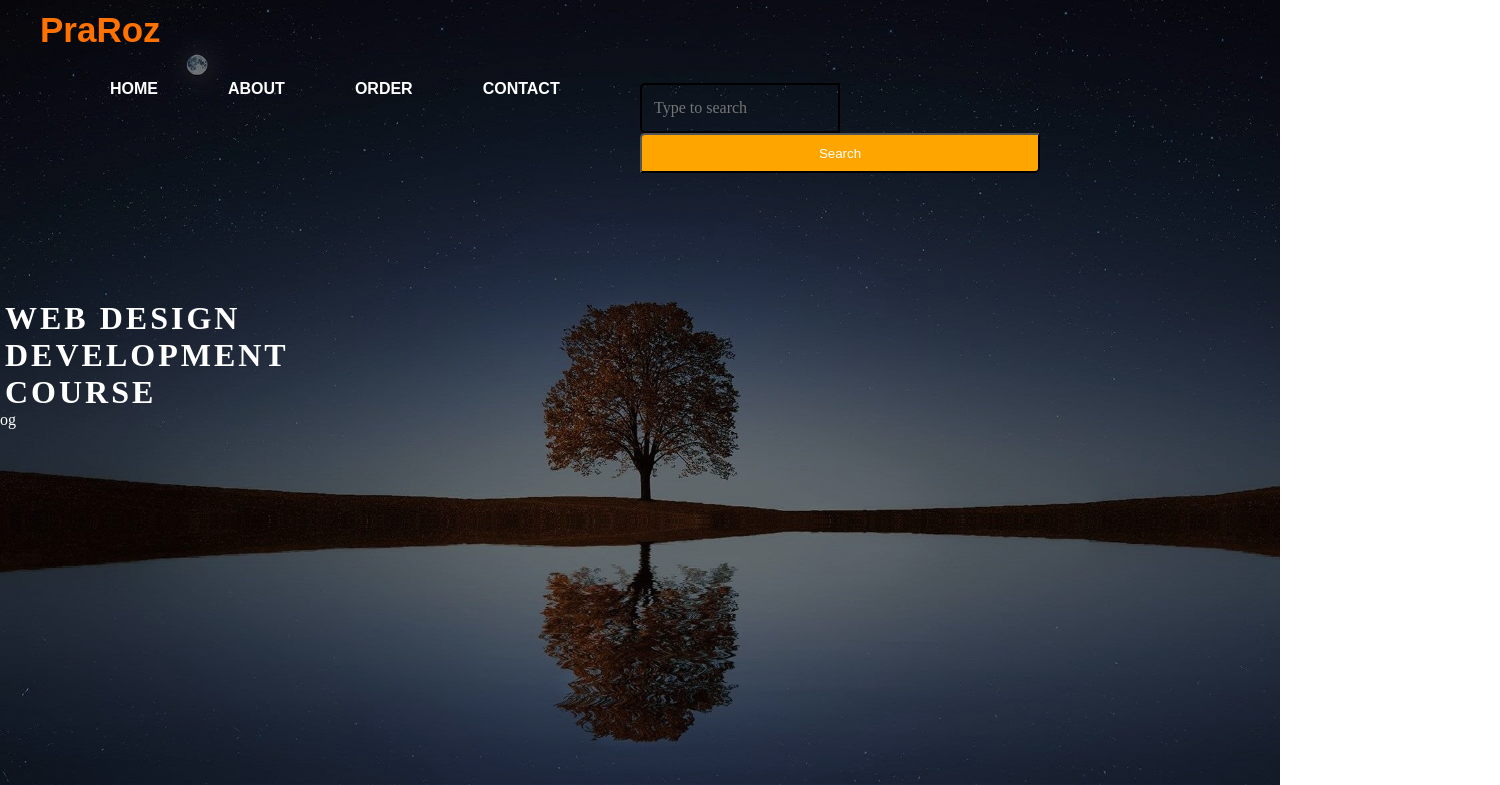
Repository: Cedrqmwesigwa/web-design-course
Page: index.html
The author's editor kept a copy of each file at every save. The page is drawn from the files as they stood at one save, then again after the next save.
The browser window is 1280 px wide. The page is 1500 px wide, so the pictures cover 1500 px, including what lies to the right of the window. The pictures show the whole page.

Above is the page before, as saved 2024-04-03 20:48:03.

### index.html
<!DOCTYPE html>
<html lang="en">
<head>
    <title>Web development html</title>
    <link rel="stylesheet" href="style.css"/>
</head>
<body>
    <div class="main">
        <div class="navbar">

            <div class="icon">
                <h2 class="logo">PraRoz</h2>
            </div>

            <div class="menu">
                <ul>
                    <li><a href="#">HOME</a></li>
                    <li><a href="#">ABOUT</a></li>
                    <li><a href="#">ORDER</a></li>
                    <li><a href="#">CONTACT</a></li>
                </ul>
            </div>

            <div class="search">
                <input type="search" class="srch" name="" placeholder="Type to search">
                <a href="#"><button class="btn">Search</button></a>
            </div>

        </div>

        <div class="content">
            <h1>WEB DESIGN <br>
            <span>DEVELOPMENT</span>
            <br>COURSE</h1>

og</h2>
        </div>
    </div>


</body>
</html>

### style.css
*{
    margin: 0;
    padding: 0;
}

.main{
    width: 100% ;
    background: linear-gradient(to top, rgba(0,0,0,0.5)50%, rgba(0, 0, 0, 0.5)50%), url(1.jpg);
    background-position: center;
    background-size: cover;
    height: 109vh;
}

.navbar{
    width: 1200px;
    height: 75px;
    margin:  auto;
}

.icon{
    width: 200px;
    font: left;
    height: 70px;
}

.logo {
    color: #ff7200;
    font-size: 35px;
    font-family: Arial;
    float: left;
    padding-top: 10px;
}

.menu{
    width: 400px;
    float: left;
    height: 70px;
}

ul{
    float: left;
    display: flex;
    justify-content: center;
    align-items: center;
}

ul li{
    list-style: none;
    margin-left: 70px;
    margin-top: 10px;
    font-size: 16px;
}

ul li a{
    text-decoration: none;
    color: white;
    font-family: Arial;
    font-weight: bold;
    transition: .4 ease-in-out;
}

ul li a:hover{
    color:#ff7200
}

.search{
    width: 400px;
    float: left;
    margin-left: 200px;
}

.srch{
    font-family: "Times New Roman";
    width: 200px;
    height: 50px;
    padding: 3%;
    background: transparent;
    border-top: 5px;
    border-bottom-left-radius: 5px;
    border-top-left-radius: 5px;
    font-size: 16px;
    color: white;
    margin-top:13px;
    border: 2px solid  #000;
}

.btn{
    width:100%;
    height: 40px;
    background: orange;
    color: white;
    border-bottom-right-radius: 5px;
    border-top-left-radius: 5px;
}

.btn:focus{
    outline: none;
}
.srch:focus{
    outline:none;
}

.content{
    width: 1500px;
    height: auto;
    margin: auto;
    color: white;
    position: relative
}
.content .par{
    padding-left: 20px;
    padding-bottom: 20px;
    margin-top: 1%;
    font-family: Arial;
    letter-spacing: 1.2px;
    line-height: 30px;
}

.content h1{
    font-family: 'Times New Roman';
    size: 100px;
    padding-left: 5px;
    margin-top: 15%;
    letter-spacing: 3px;
}

.content .cn{
    width: 160px;
    height: 40px;
    background: orange;
    border: none;
    margin-top: 1%;
    border-right:10px;
    margin-left: 20px;
    cursor: pointer;
    transition: .4s ease;
}

.content .cn a {
    text-decoration: none;
    color:black;
    transition: .3s ease;
}

.cn:hover{
    background-color: white;
}
.content.span{
    color:#ff7200;
}

After the next save:
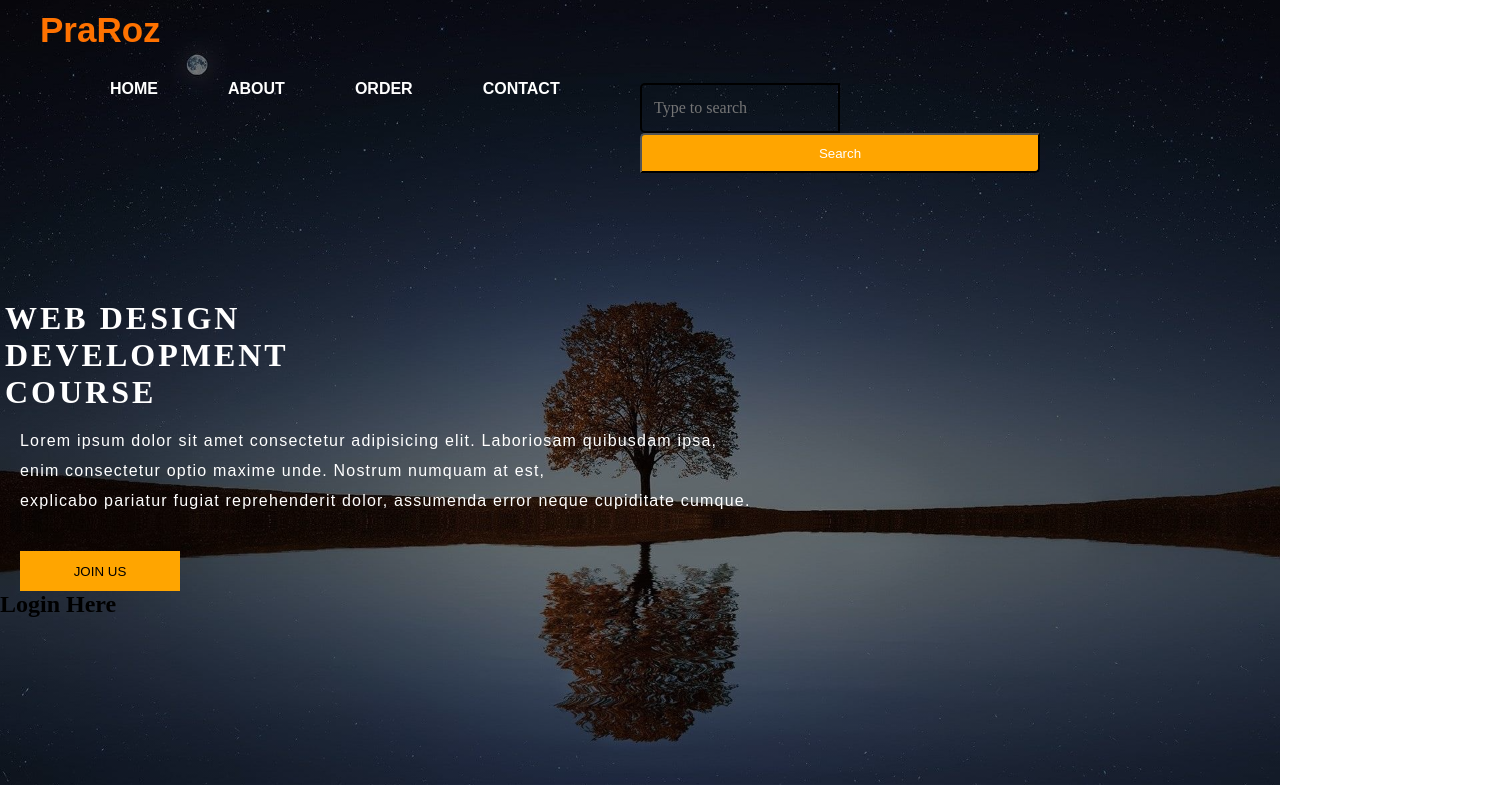
Saved 8 s later.
--- a/index.html
+++ b/index.html
@@ -33,7 +33,19 @@
             <span>DEVELOPMENT</span>
             <br>COURSE</h1>
 
-og</h2>
+
+            <p class="par">Lorem ipsum dolor sit amet consectetur adipisicing elit. Laboriosam quibusdam ipsa,<br>
+                enim consectetur optio maxime unde. Nostrum numquam at est,
+                <br>explicabo pariatur fugiat reprehenderit dolor, assumenda error neque cupiditate cumque.
+            </p>
+
+
+            <button class="cn">
+                <a href="#">JOIN US</a>
+            </button>
+        </div>
+        <div class="form">
+            <h2>Login Here</h2>
         </div>
     </div>
 
